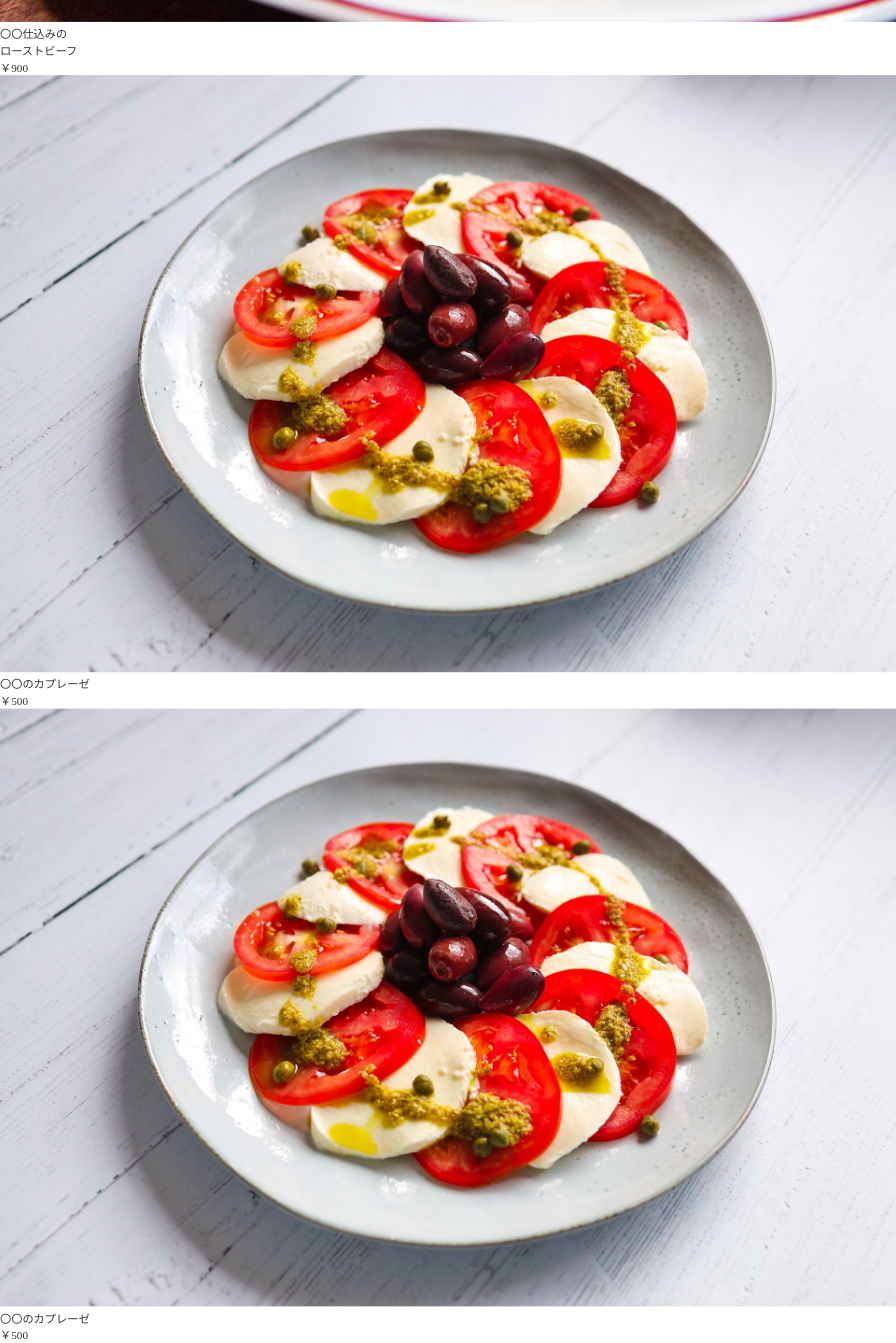
Repository: konatsu-0806/demo-site
Page: FromFigma/index.html
These files come from the project's save history. The page is drawn as it stood at one moment and after the next save; the edit follows.
The browser window is 1280 px wide. The pictures show the part of the page from y = 4465 to 6385 px (the page is 6384 px tall before and 5544 px after), at 70% of full size.

Above is the page before, as saved 2023-02-13 16:59:17.

After the next save:
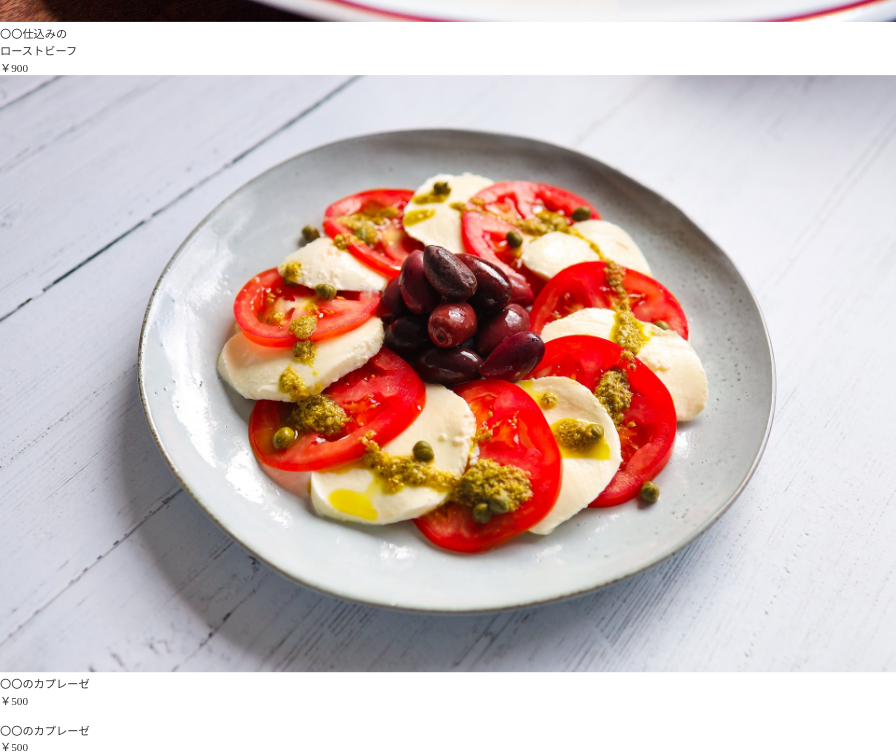
Not found: FromFigma/img/mozza5_1920.jpg
Saved 11 s later.
--- a/FromFigma/index.html
+++ b/FromFigma/index.html
@@ -159,7 +159,7 @@
     <p class="price">￥500</p>
   </div>
   <div class="dish3">
-    <img src="img/mozzarella-salad-g85af32bc5_1920.jpg" alt="">
+    <img src="img/mozza5_1920.jpg" alt="">
     <p>〇〇のカプレーゼ</p>
     <p class="price">￥500</p>
   </div>

After the 2 saves that followed:
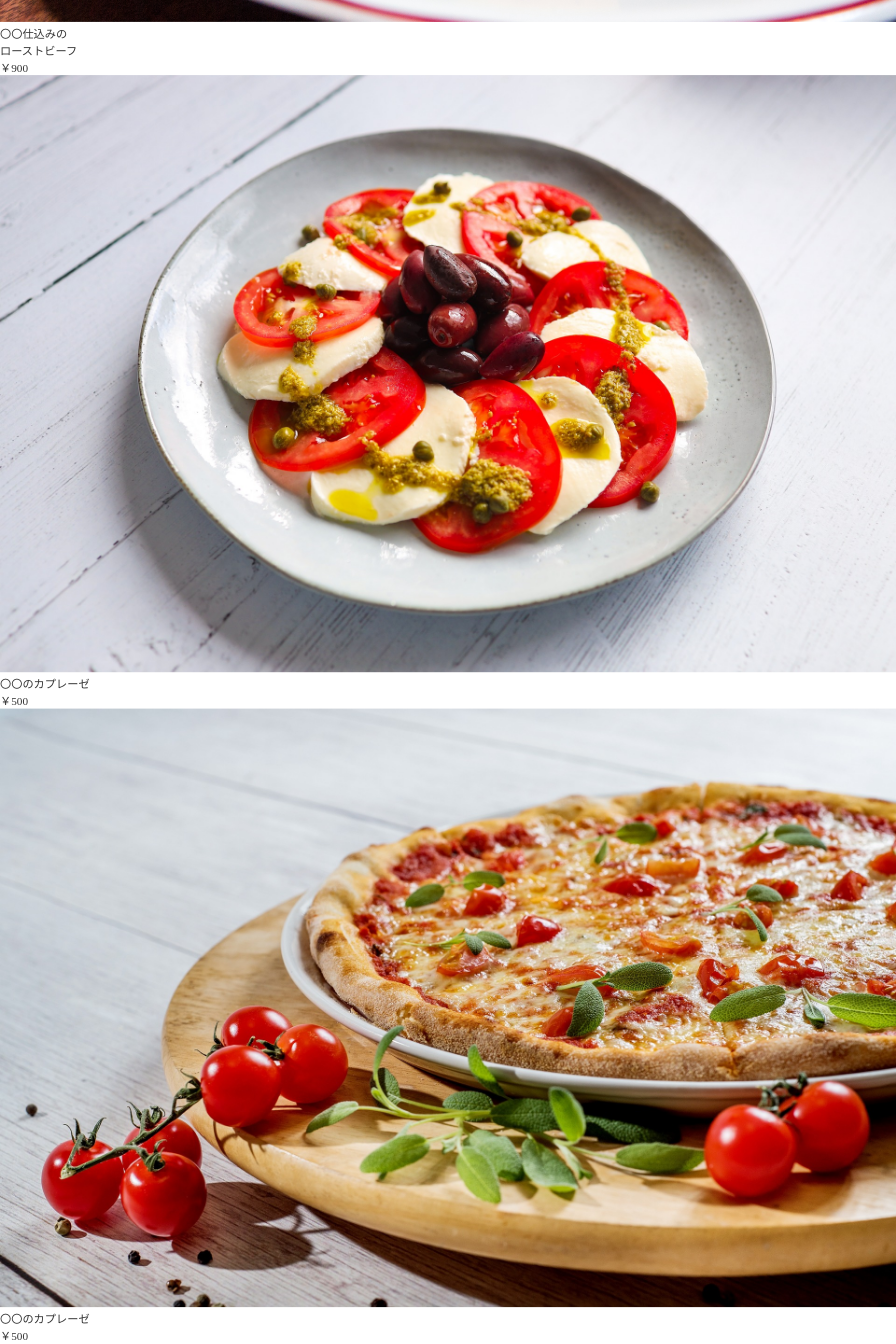
The 2 saves are shown as one change because they came seconds apart.
The last was saved 8 s later.
--- a/FromFigma/index.html
+++ b/FromFigma/index.html
@@ -159,7 +159,7 @@
     <p class="price">￥500</p>
   </div>
   <div class="dish3">
-    <img src="img/mozza5_1920.jpg" alt="">
+    <img src="img/pizza-gff7141cbc_1920.jpg" alt="">
     <p>〇〇のカプレーゼ</p>
     <p class="price">￥500</p>
   </div>
